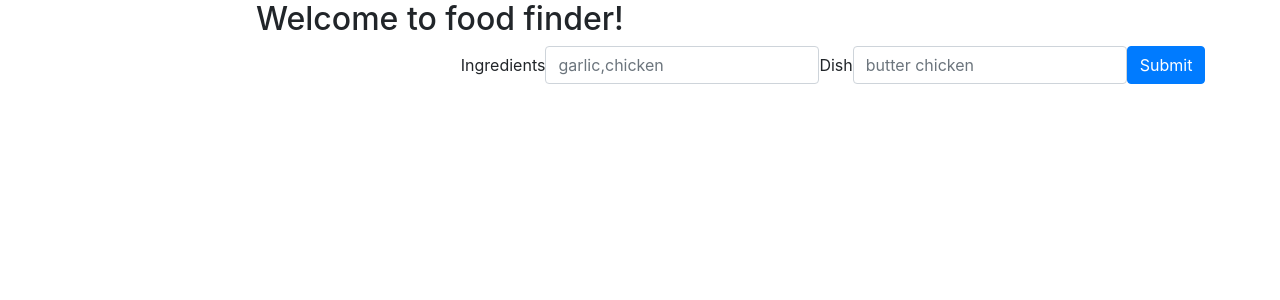
Repository: ratanparmar/receipesearch
Page: /
These files come from the project's save history. The page is drawn as it stood at one moment and after the next save; the edit follows.
The browser window is 1280 px wide. The pictures show the whole page.
The project was rebuilt for these pictures with package versions that can differ from the ones it lists, and the page was loaded fresh each time.

Above is the page before, as saved 2019-12-10 16:24:52.

### public/index.html
<!DOCTYPE html>
<html lang="en">
  <head>
    <meta charset="utf-8" />
    <link rel="icon" href="%PUBLIC_URL%/favicon.ico" />
    <meta name="viewport" content="width=device-width, initial-scale=1" />
    <meta name="theme-color" content="#000000" />
    <meta
      name="description"
      content="Web site created using create-react-app"
    />
    <link rel="apple-touch-icon" href="%PUBLIC_URL%/logo192.png" />
    <!--
      manifest.json provides metadata used when your web app is installed on a
      user's mobile device or desktop. See https://developers.google.com/web/fundamentals/web-app-manifest/
    -->
    <link rel="manifest" href="%PUBLIC_URL%/manifest.json" />
    <!--
      Notice the use of %PUBLIC_URL% in the tags above.
      It will be replaced with the URL of the `public` folder during the build.
      Only files inside the `public` folder can be referenced from the HTML.

      Unlike "/favicon.ico" or "favicon.ico", "%PUBLIC_URL%/favicon.ico" will
      work correctly both with client-side routing and a non-root public URL.
      Learn how to configure a non-root public URL by running `npm run build`.
    -->
    <link rel="stylesheet" href="https://stackpath.bootstrapcdn.com/bootstrap/4.3.1/css/bootstrap.min.css" integrity="sha384-ggOyR0iXCbMQv3Xipma34MD+dH/1fQ784/j6cY/iJTQUOhcWr7x9JvoRxT2MZw1T" crossorigin="anonymous">

    <title>React App</title>
  </head>
  <body>
    <noscript>You need to enable JavaScript to run this app.</noscript>
    <div id="root"></div>
    <!--
      This HTML file is a template.
      If you open it directly in the browser, you will see an empty page.

      You can add webfonts, meta tags, or analytics to this file.
      The build step will place the bundled scripts into the <body> tag.

      To begin the development, run `npm start` or `yarn start`.
      To create a production bundle, use `npm run build` or `yarn build`.
    -->
  </body>
</html>

### src/index.js
import React from 'react'
import ReactDOM from 'react-dom'
import App from './components/App'
ReactDOM.render( <App/>,document.getElementById('root'))

### src/components/App.js
import React , { Component } from 'react'

import Searchbar from './Searchbar'
import '../style/index.css'

class App extends Component{
    render(){
        return(
            <div>
                <h2> Welcome to food finder!
                </h2>
                <div className="App">
                    <Searchbar/>
                </div>
            </div>
        )
    }
}

export default App;

### src/components/Searchbar.js
import React,{ Component } from 'react'
import {Form, FormControl,FormGroup,FormLabel,Button} from 'react-bootstrap'

class Searchbar extends Component{
    render(){
        // Use FormLable in place off ControlLabel
        return(
            <Form inline>
                <FormGroup>
                    <FormLabel>Ingredients</FormLabel>
                    {''}
                        <FormControl type="text" placeholder='garlic,chicken'/>
                </FormGroup>
                {''}
                <FormGroup>
                    <FormLabel>Dish</FormLabel>
                    {''}
                    <FormControl type="text" placeholder='butter chicken'/>
                </FormGroup>
                {''}
                <Button>Submit</Button>
            </Form>
        )
    }
}
export default Searchbar;

### src/style/index.css
body{
    padding-left: 20%;
}
.App{
    text-align: center;
    padding-left: 20%;
}

After the next save:
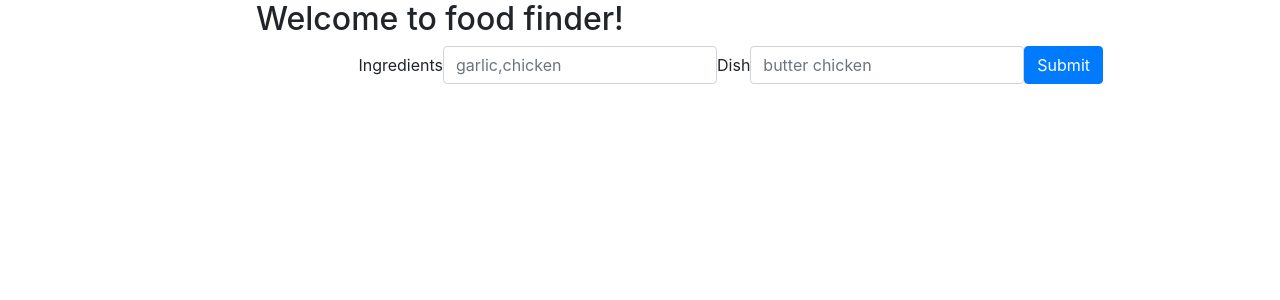
Saved 8 s later.
--- a/src/style/index.css
+++ b/src/style/index.css
@@ -3,5 +3,5 @@ body{
 }
 .App{
     text-align: center;
-    padding-left: 20%;
+    padding-left: 10%;
 }
